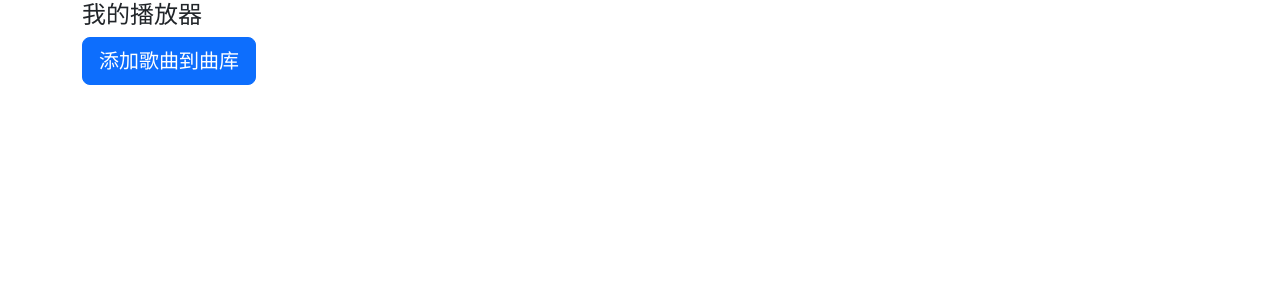
Repository: Ostask/electronTest
Page: renderer/index.html
These files come from the project's save history. The page is drawn as it stood at one moment and after the next save; the edit follows.
The browser window is 1280 px wide. The pictures show the whole page.
Some web libraries are served in a nearby version.

Above is the page before, as saved 2020-03-25 11:27:28.

After the next save:
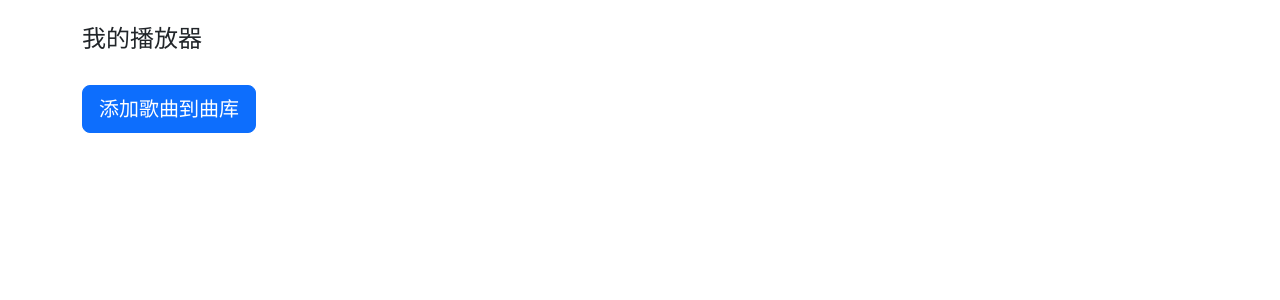
Saved 2 min 33 s later.
--- a/renderer/index.html
+++ b/renderer/index.html
@@ -6,9 +6,9 @@
     <link rel="stylesheet" href="../node_modules/bootstrap/dist/css/bootstrap.min.css">
   </head>
   <body>
-    <div class="container mt4">
+    <div class="container mt-4">
         <h4>我的播放器</h1>
-        <button type="button" class="btn btn-primary btn-lg btn-block mt4">添加歌曲到曲库</button>
+        <button type="button" class="btn btn-primary btn-lg btn-block mt-4">添加歌曲到曲库</button>
     </div>
   </body>
 </html>
